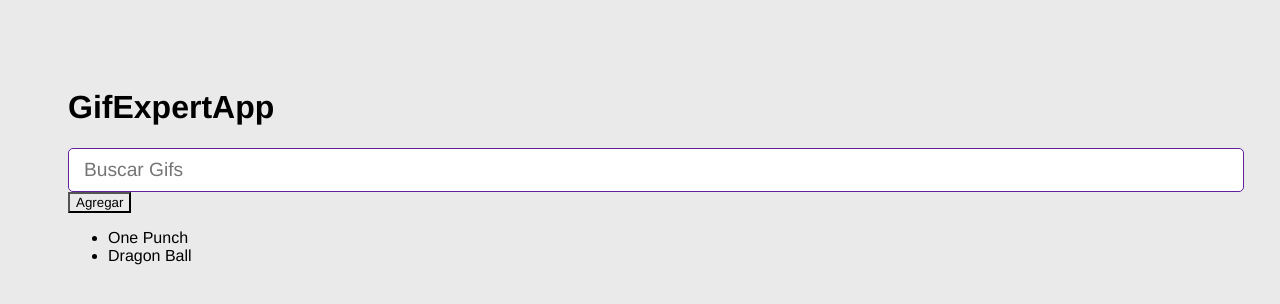
Repository: bryanesteban/gif-expert-app
Page: /
An editor plug-in stored every save of this project. The page is shown before and after the next save, followed by the edit.
The browser window is 1280 px wide. The pictures show the whole page.
The project was rebuilt for these pictures with package versions that can differ from the ones it lists, and the page was loaded fresh each time. Also part of the build but not shown: vite.config.js.

Above is the page before, as saved 2024-06-12 06:04:03.

After the next save:
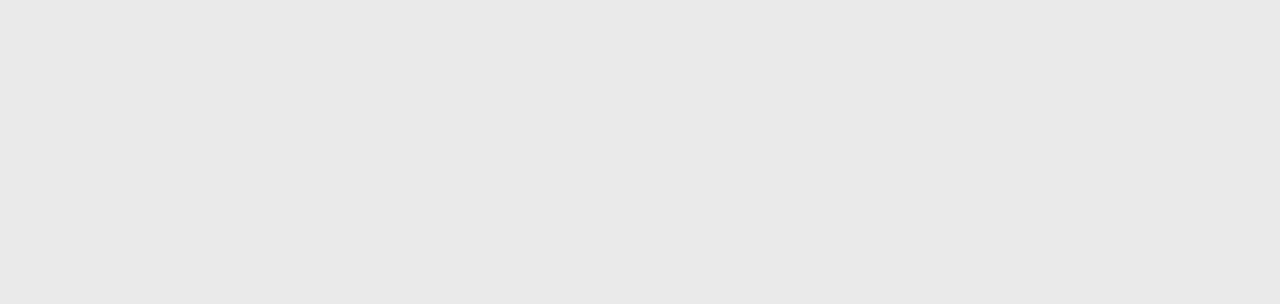
Console error: ReferenceError: useState is not defined
Saved 74 s later.
--- a/src/components/AddCategory.jsx
+++ b/src/components/AddCategory.jsx
@@ -1,6 +1,12 @@
 
 
 export  const AddCategory = () =>{
+
+
+   const [inputValue, setInputValue] = useState('One Punch');
+
+
+
     return (
         <input
             type="text"

After the 2 saves that followed:
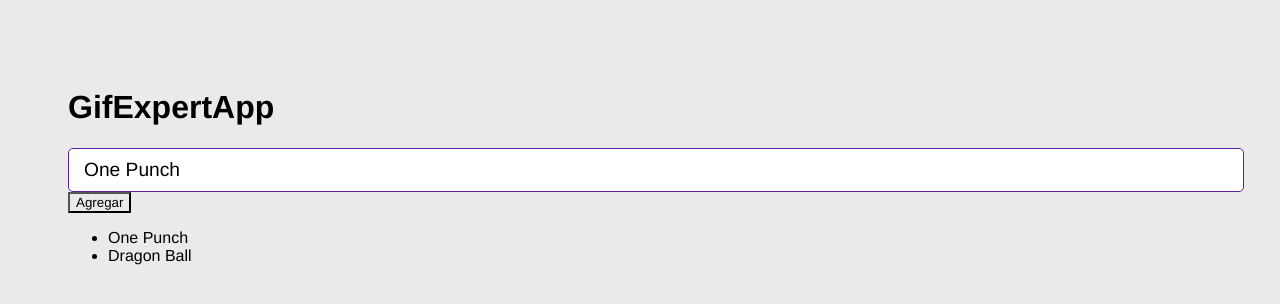
The error is gone.
The 2 saves are shown as one change because 1 left the picture as it was.
The last was saved 55 s later.
--- a/src/components/AddCategory.jsx
+++ b/src/components/AddCategory.jsx
@@ -1,3 +1,4 @@
+import { useState } from "react";
 
 
 export  const AddCategory = () =>{
@@ -11,6 +12,7 @@
         <input
             type="text"
             placeholder="Buscar Gifs"
+            value={ inputValue}
         />
 
     )
